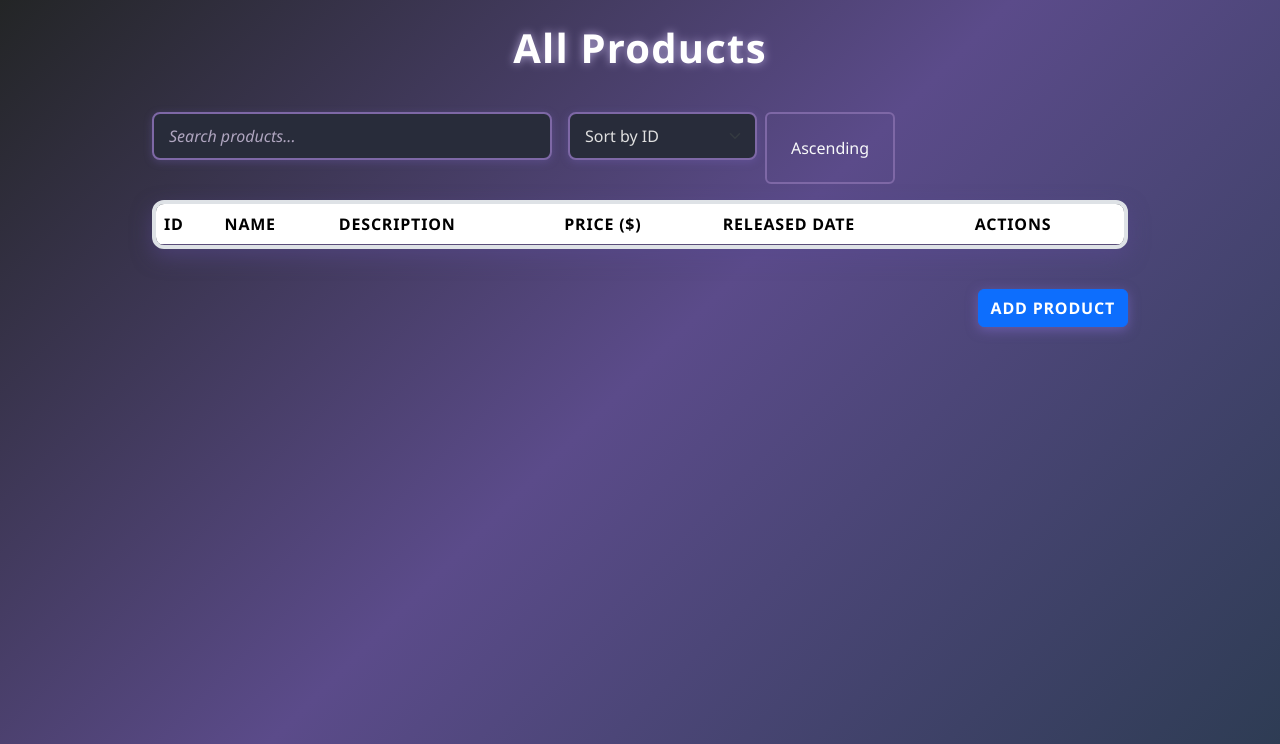
Repository: shyamoracle/training_case_study
Page: pmsagain/pmsitis/src/main/resources/webapp/index.html
These files come from the project's save history. The page is drawn as it stood at one moment and after the next save; the edit follows.
The browser window is 1280 px wide. The pictures show the whole page.
The page's requests for data from a server got no answer.

Above is the page before, as saved 2025-09-19 04:54:32.

### pmsagain/pmsitis/src/main/resources/webapp/index.html
<!DOCTYPE html>
<html lang="en">
<head>
  <meta charset="UTF-8" />
  <title>Product List</title>
  <link href="https://cdn.jsdelivr.net/npm/bootstrap@5.3.2/dist/css/bootstrap.min.css" rel="stylesheet" />
  <style>
    /* Body & typography */
    body {
      background: linear-gradient(135deg, #232526, #5b4b8a, #2e3c54);
      color: #e0e0e0;
      font-family: 'Segoe UI', Tahoma, Geneva, Verdana, sans-serif;
      min-height: 100vh;
      padding-bottom: 2rem;
    }

    /* Header */
    h1 {
      text-align: center;
      margin-bottom: 2.5rem;
      color: rgb(255, 255, 255)!important;
      font-weight: 700;
      letter-spacing: 1.2px;
      text-shadow: 0 0 10px rgba(216, 202, 255, 0.7);
    }

    /* Container tweaks */
    .container {
      max-width: 1000px;
    }
    #searchInput {
  width: 100%;
  max-width: 400px;
  padding: 10px 15px;
  margin-bottom: 1.5rem;
  border: 2px solid #7e68a6;  /* lavender border */
  border-radius: 8px;
  background-color: #282c3a;  /* matching table background */
  color: #e0e0e0;
  font-size: 1rem;
  box-shadow: 0 2px 8px rgba(125, 105, 200, 0.3);
  transition: border-color 0.3s ease, box-shadow 0.3s ease;
}

#searchInput::placeholder {
  color: #b0a6c0;
  font-style: italic;
}

#searchInput:focus {
  outline: none;
  border-color: #a593d1;  /* lighter lavender on focus */
  box-shadow: 0 0 8px 2px rgba(165, 147, 209, 0.7);
  background-color: #2e3150;
}


    /* Table styling */
    table {
      border-collapse: separate !important;
      border-spacing: 0;
      border-radius: 12px;
      overflow: hidden;
      border: 4px solid white;  /* thick white border */
      background-color: #282c3a;
      box-shadow: 0 8px 20px rgba(89, 74, 146, 0.5);
      transition: box-shadow 0.3s ease;
      width: 100%;
    }

    table:hover {
      box-shadow: 0 12px 30px rgba(89, 74, 146, 0.8);
    }

    thead th {
      background-color: #7e68a6;
      color: #fff;
      font-weight: 600;
      border-bottom: 3px solid #5a4d7a;
      padding: 14px 50px;
      letter-spacing: 0.05em;
      text-transform: uppercase;
      user-select: none;
    }

    tbody tr:hover {
      background-color: #3b3f58;
      cursor: pointer;
      transition: background-color 0.3s ease;
    }

    tbody td {
      border-top: 1px solid #5a4d7a;
      padding: 14px 50px;
      color: #cfcfe3;
      vertical-align: middle;
    }

    tbody tr:last-child td:first-child {
      border-bottom-left-radius: 12px;
    }

    tbody tr:last-child td:last-child {
      border-bottom-right-radius: 12px;
    }

    /* Action buttons in table */
    .btn-sm {
      padding: 0.25rem 0.5rem;
      font-size: 0.875rem;
    }

    /* Add Product button */
    .btn-add {
      margin-top: 1.5rem;
      margin-bottom: 1rem;
      float: right;
      box-shadow: 0 3px 12px rgba(125, 105, 200, 0.6);
      font-weight: 600;
      letter-spacing: 0.05em;
      text-transform: uppercase;
      transition: background-color 0.3s ease, box-shadow 0.3s ease;
    }

    .btn-add:hover {
      background-color: #6a54a2;
      box-shadow: 0 5px 15px rgba(125, 105, 200, 0.9);
    }
#sortSelect {
  min-width: 160px;
 width: 100%;
  max-width: 400px;
  padding: 10px 15px;
  margin-bottom: 1.5rem;
  border: 2px solid #7e68a6;  /* lavender border */
  border-radius: 8px;
  background-color: #282c3a;  /* matching table background */
  color: #e0e0e0;
  font-size: 1rem;
  box-shadow: 0 2px 8px rgba(125, 105, 200, 0.3);
  transition: border-color 0.3s ease, box-shadow 0.3s ease;
}

#toggleOrderBtn {
  min-width: 130px;
  border: 2px solid #7e68a6;
}



    /* Responsive adjustments */
    @media (max-width: 768px) {
      thead th, tbody td {
        padding: 10px 12px;
      }
      .btn-add {
        float: none;
        display: block;
        width: 100%;
        text-align: center;
      }
    }
  </style>
</head>
<body>
  <div class="container mt-4">
    <h1>All Products</h1>

   <div class="d-flex flex-wrap align-items-center gap-3 mb-3">
  <input
    type="text"
    id="searchInput"
    placeholder="Search products..."
    aria-label="Search products"
    class="flex-grow-1"
  />

  <div class="d-flex gap-2 ">
    <select id="sortSelect" class="form-select">
      <option value="productId">Sort by ID</option>
      <option value="productName">Sort by Name</option>
      <option value="productDescription">Sort by Description</option>
      <option value="productPrice">Sort by Price</option>
      <option value="productReleasedOn">Sort by Release Date</option>
    </select>

    <button id="toggleOrderBtn" class="btn btn-outline-light">Ascending</button>
  </div>
</div>


    <table class="table">
      <thead>
        <tr>
         <thead>
  <tr>
    <th data-column="productId" class="sortable">ID</th>
    <th data-column="productName" class="sortable">Name</th>
    <th data-column="productDescription" class="sortable">Description</th>
    <th data-column="productPrice" class="sortable">Price ($)</th>
    <th data-column="productReleasedOn" class="sortable">Released Date</th>
    <th>Actions</th>
  </tr>
</thead>

        </tr>
      </thead>
      <tbody id="productTableBody"></tbody>
    </table>

    <a href="add-product.html" class="btn btn-primary btn-add">Add Product</a>

  </div>

  <script src="js/api.js"></script>
  <script src="js/main.js"></script>
  <script src="js/search.js"></script>
  <script src="js/sort.js"></script>
</body>
</html>

### pmsagain/pmsitis/src/main/resources/webapp/js/api.js
const API_BASE = "http://localhost:8080/pmsapp/webapi/products";

async function getAllProducts() {
  const res = await fetch(`${API_BASE}/all`);
  return await res.json();
}

async function deleteProduct(id) {
  await fetch(`${API_BASE}/delete/${id}`, { method: "DELETE" });
}

async function addProduct(product) {
  return await fetch(`${API_BASE}/add`, {
    method: "POST",
    headers: { "Content-Type": "application/json" },
    body: JSON.stringify(product),
  });
}

async function getProduct(id) {
  const res = await fetch(`${API_BASE}/view?id=${id}`);
  return await res.json();
}

async function updateProduct(id, product) {
  return await fetch(`${API_BASE}/edit/${id}`, {
    method: "PUT",
    headers: { "Content-Type": "application/json" },
    body: JSON.stringify(product),
  });
}

### pmsagain/pmsitis/src/main/resources/webapp/js/main.js
let productsCache = [];

document.addEventListener("DOMContentLoaded", async () => {
  productsCache = await getAllProducts();

  // Initialize sorting and render the result
  const initiallySorted = initSortUI(productsCache, renderTable);
  renderTable(initiallySorted);

  initSearch(); // still in search.js
});

function renderTable(products) {
  const tableBody = document.getElementById("productTableBody");
  tableBody.innerHTML = "";

  products.forEach(product => {
    const row = document.createElement("tr");
    row.innerHTML = `
      <td>${product.productId}</td>
      <td>${product.productName}</td>
      <td>${product.productDescription}</td>
      <td>${product.productPrice}</td>
      <td>${product.productReleasedOn}</td>
      <td>
        <a href="edit-product.html?id=${product.productId}" class="btn btn-sm btn-primary">Edit</a>
        <button class="btn btn-sm btn-danger" onclick="deleteAndReload(${product.productId})">Delete</button>
      </td>`;
    tableBody.appendChild(row);
  });
}

async function deleteAndReload(id) {
  if (confirm("Are you sure you want to delete this product?")) {
    await deleteProduct(id);
    window.location.reload();
  }
}

### pmsagain/pmsitis/src/main/resources/webapp/js/search.js
// search.js
document.addEventListener('DOMContentLoaded', () => {
  const searchInput = document.getElementById('searchInput');
  const tableBody = document.getElementById('productTableBody');

  if (!searchInput || !tableBody) return; // safety check

  searchInput.addEventListener('input', () => {
    const filter = searchInput.value.toLowerCase();
    const rows = tableBody.getElementsByTagName('tr');

    for (let row of rows) {
      let text = '';
      for (let cell of row.cells) {
        text += cell.textContent.toLowerCase() + ' ';
      }
      row.style.display = text.includes(filter) ? '' : 'none';
    }
  });
});
/**
 *
 */

### pmsagain/pmsitis/src/main/resources/webapp/js/sort.js
// sort.js

let currentSort = { column: 'productId', ascending: true };

function initSortUI(products, onSortedCallback) {
  const sortSelect = document.getElementById("sortSelect");
  const toggleOrderBtn = document.getElementById("toggleOrderBtn");

  // Set default text
  toggleOrderBtn.textContent = currentSort.ascending ? "Ascending" : "Descending";

  // Event: Change column
  sortSelect.addEventListener("change", () => {
    currentSort.column = sortSelect.value;
    const sorted = sortProducts(products);
    onSortedCallback(sorted);
  });

  // Event: Toggle order
  toggleOrderBtn.addEventListener("click", () => {
    currentSort.ascending = !currentSort.ascending;
    toggleOrderBtn.textContent = currentSort.ascending ? "Ascending" : "Descending";
    const sorted = sortProducts(products);
    onSortedCallback(sorted);
  });

  // Initial sort
  return sortProducts(products);
}

function sortProducts(products) {
  return [...products].sort((a, b) => {
    let valA = a[currentSort.column];
    let valB = b[currentSort.column];

    if (!isNaN(valA) && !isNaN(valB)) {
      valA = parseFloat(valA);
      valB = parseFloat(valB);
    } else if (isValidDate(valA) && isValidDate(valB)) {
      valA = new Date(valA);
      valB = new Date(valB);
    } else {
      valA = valA.toString().toLowerCase();
      valB = valB.toString().toLowerCase();
    }

    if (valA < valB) return currentSort.ascending ? -1 : 1;
    if (valA > valB) return currentSort.ascending ? 1 : -1;
    return 0;
  });
}

function isValidDate(val) {
  return !isNaN(Date.parse(val));
}

After the next save:
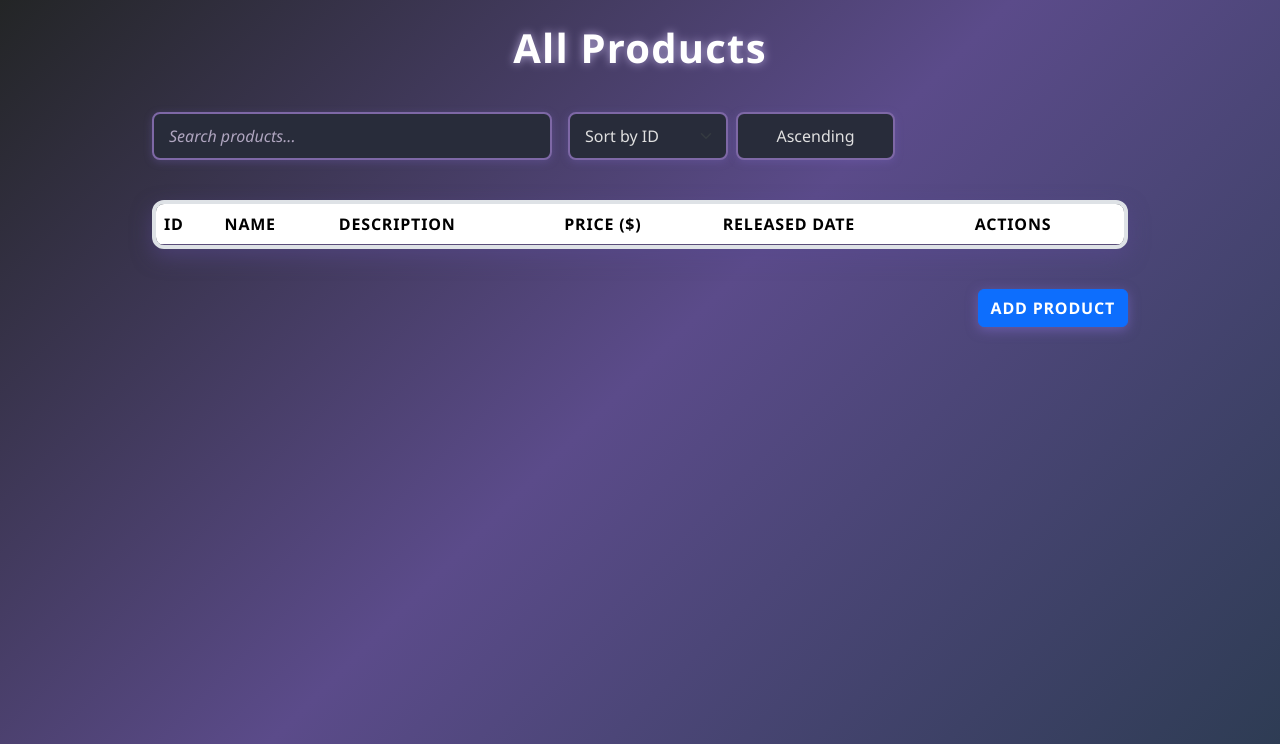
Saved 7 s later.
--- a/pmsagain/pmsitis/src/main/resources/webapp/index.html
+++ b/pmsagain/pmsitis/src/main/resources/webapp/index.html
@@ -143,7 +143,17 @@
 
 #toggleOrderBtn {
   min-width: 130px;
-  border: 2px solid #7e68a6;
+ width: 100%;
+  max-width: 400px;
+  padding: 10px 15px;
+  margin-bottom: 1.5rem;
+  border: 2px solid #7e68a6;  /* lavender border */
+  border-radius: 8px;
+  background-color: #282c3a;  /* matching table background */
+  color: #e0e0e0;
+  font-size: 1rem;
+  box-shadow: 0 2px 8px rgba(125, 105, 200, 0.3);
+  transition: border-color 0.3s ease, box-shadow 0.3s ease;
 }
 
 

After the save that followed:
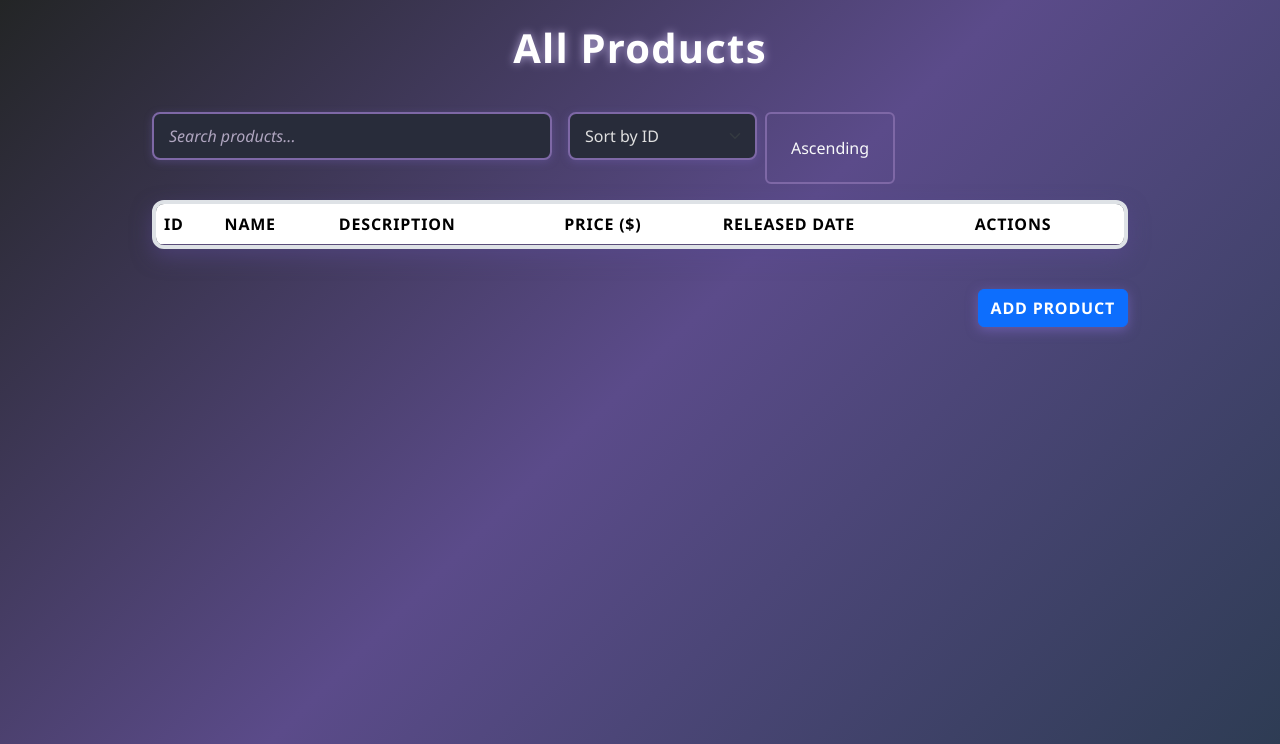
Saved 29 s later.
--- a/pmsagain/pmsitis/src/main/resources/webapp/index.html
+++ b/pmsagain/pmsitis/src/main/resources/webapp/index.html
@@ -143,17 +143,7 @@
 
 #toggleOrderBtn {
   min-width: 130px;
- width: 100%;
-  max-width: 400px;
-  padding: 10px 15px;
-  margin-bottom: 1.5rem;
-  border: 2px solid #7e68a6;  /* lavender border */
-  border-radius: 8px;
-  background-color: #282c3a;  /* matching table background */
-  color: #e0e0e0;
-  font-size: 1rem;
-  box-shadow: 0 2px 8px rgba(125, 105, 200, 0.3);
-  transition: border-color 0.3s ease, box-shadow 0.3s ease;
+  border: 2px solid #7e68a6;
 }
 
 
